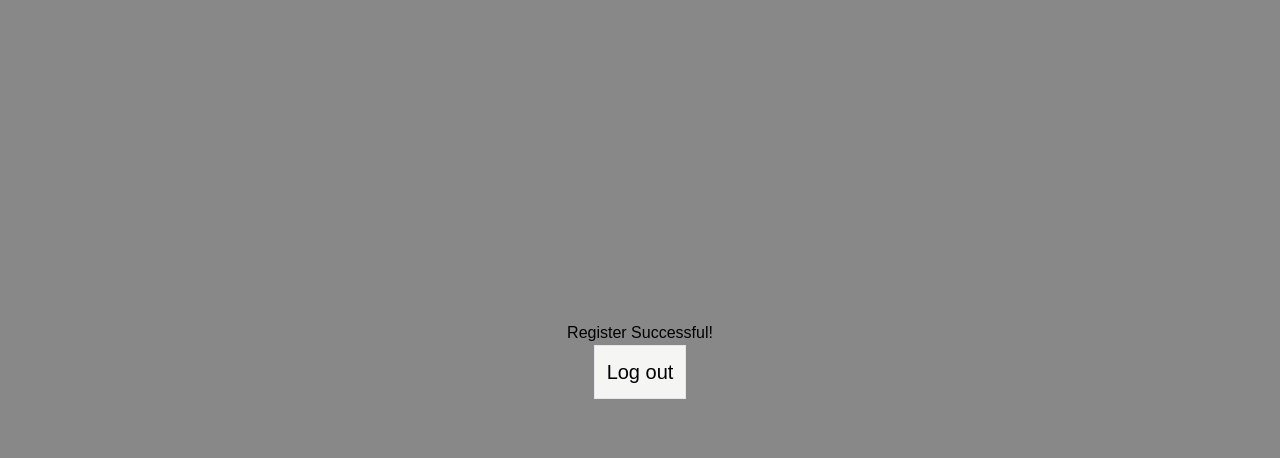
Repository: hsumyatm7308/oop-loginregister-php
Page: logout.html
An editor plug-in stored every save of this project. The page is shown before and after the next save, followed by the edit.
The browser window is 1280 px wide. The pictures show the whole page.
Some web libraries are served in a nearby version.

Above is the page before, as saved 2023-08-01 18:35:28.
Console error: TypeError: Cannot read properties of undefined (reading 'classList')

### logout.html
<!DOCTYPE html>
<html>

<head>
    <title>Login</title>

    <script src="https://cdn.tailwindcss.com"></script>
    <style>
        /* form .page {
            display: none;
        } */

        body {
            font-family: sans-serif;
            height: 100vh;
            background: #888;

            display: grid;
            place-items: center;
        }


    </style>

</head>

<body class="w-screen h-screen  flex justify-center items-center flex-col">

    <h1>Register Successful!</h1>



    <div class="border p-3 bg-stone-100 text-xl"> Log out </div>

    <script src="./app.js"></script>
</body>

</html>

### app.js
const getpages = document.getElementsByClassName('page');
console.log(getpages)
const getform = document.getElementById('form');
const prevbtn = document.getElementById('prev');
const nextbtn = document.getElementById('next');
const footer = document.getElementById('footer');

var datas = [];
var objkeys = ["fullname", "username", "email", "address", "password", "comfirm"];


var curidx = 0;

showpage(curidx);

function showpage(num) {


    getpages[num].classList.remove('hidden');

    console.log(getpages[num]);

    num === 0 ? (prevbtn.style.display = "none") : (prevbtn.style.display = "block");
    num === 0 ? (footer.classList.remove('hidden')) : (footer.classList.add('hidden'));

    num === getpages.length - 1 ? (nextbtn.textContent = 'Submit') : (nextbtn.textContent = 'Next');
}


function backnow(num){

    curidx--;
    console.log(curidx)
    // getpages[curidx ].classList.add('hidden');
    getpages[curidx+1].classList.add('hidden');


    showpage(curidx)
}

function gonow(num) {



    if (num === 1 && !formvalid()) return false;
    curidx++;
    console.log(curidx)
    getpages[curidx - 1].classList.add('hidden');

    if (curidx >= getpages.length - 1) {
        nextbtn.style.direction = "none";
        getform.submit();

    }
    showpage(curidx)

}

function* yeildfun() {
    var index = 0;

    while (index < objkeys.length) {
        yield function () {
            index++;
        }
    }
}

let gen = yeildfun();

function formvalid() {
    var valid = true;
    var getcurrinput = getpages[curidx].getElementsByTagName('input');
    // console.log(getcurrinput);
    // console.log(getcurrinput[0].value);

    for (var x = 0; x < getcurrinput.length; x++) {
        // console.log(getcurrinput[x].value);
        if (getcurrinput[x].value === '') {
            getcurrinput[x].classList.add('invalid');
            valid = false;
        } else {

            const keys = objkeys[gen.next().value];
            const values = getcurrinput[x].value;
            datas.push({ [keys]: values });
        }

    }

    return valid;

}

After the next save:
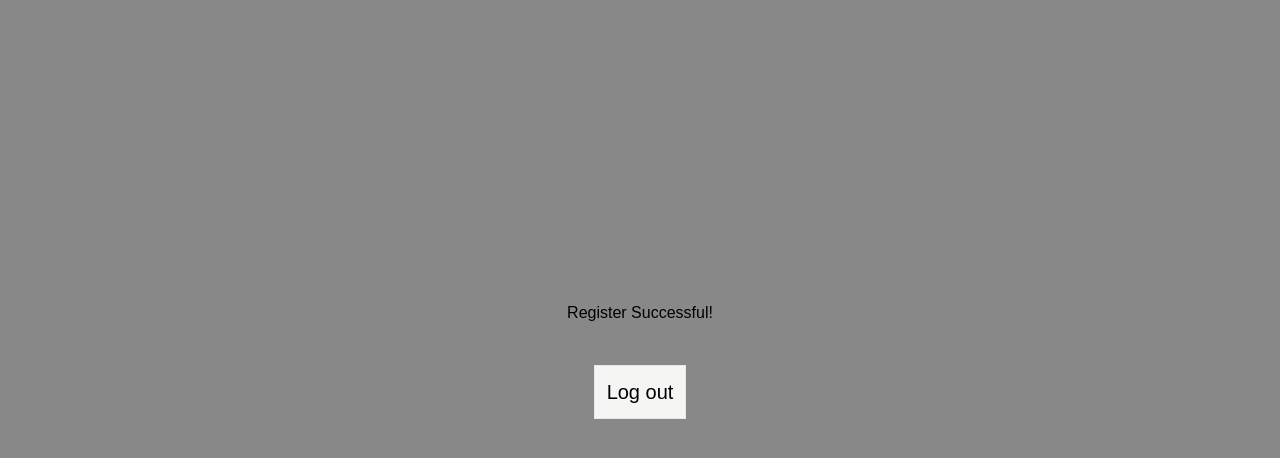
Saved 1 s later.
--- a/logout.html
+++ b/logout.html
@@ -26,7 +26,7 @@
 
 <body class="w-screen h-screen  flex justify-center items-center flex-col">
 
-    <h1>Register Successful!</h1>
+    <h1 class="mb-10">Register Successful!</h1>
 
 
 
